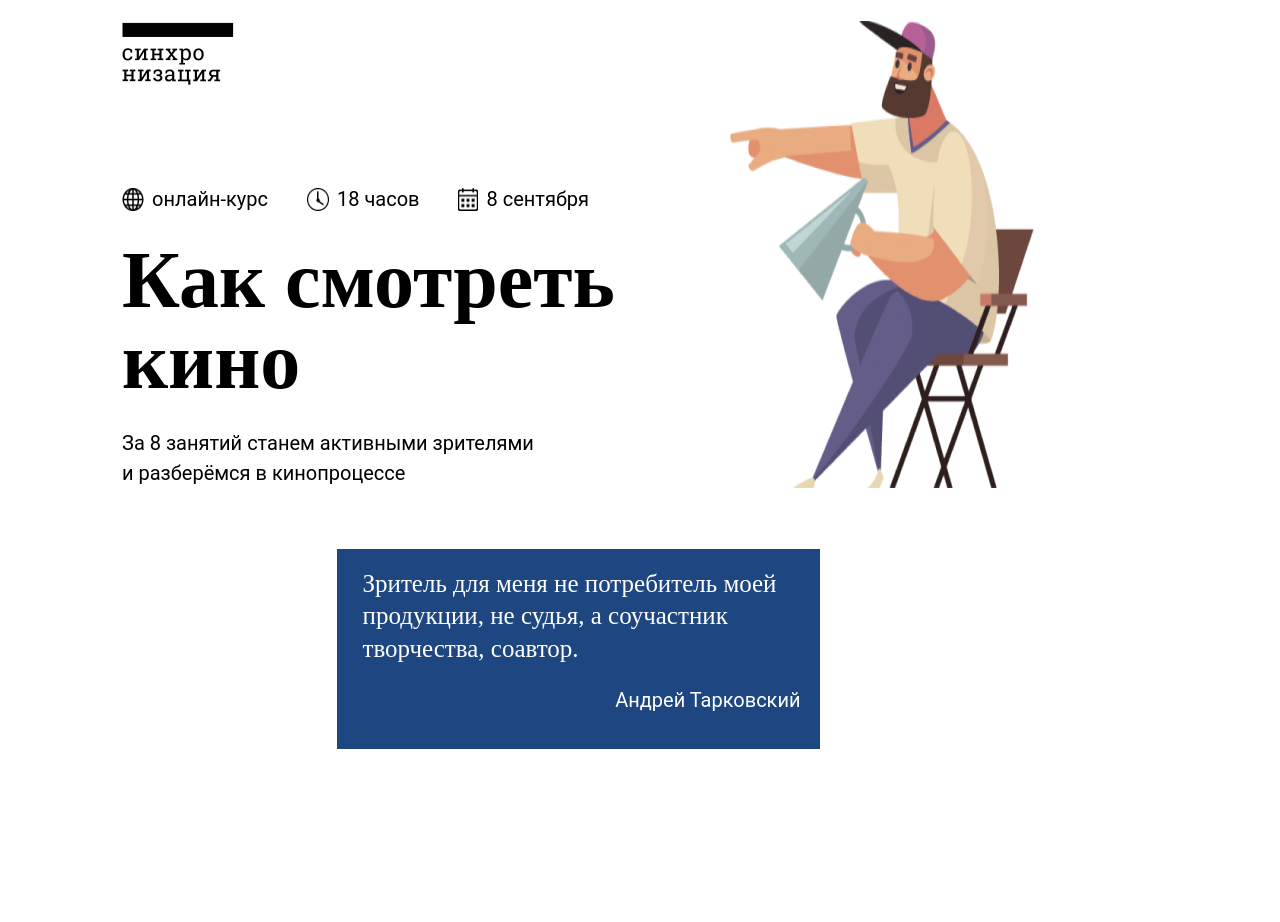
Repository: PoladEziz/Task-8
Page: index.html
The author's editor kept a copy of each file at every save. The page is drawn from the files as they stood at one save, then again after a run of saves.
The browser window is 1280 px wide. The pictures show the whole page.

Above is the page before, as saved 2023-05-25 16:21:16.

### index.html
<!DOCTYPE html>
<html lang="en">

<head>
    <meta charset="UTF-8">
    <meta http-equiv="X-UA-Compatible" content="IE=edge">
    <meta name="viewport" content="width=device-width, initial-scale=1.0">
    <title>Document</title>
    <link rel="stylesheet" href="index.css">
</head>

<body>
    <div class="main">
        <div class="top">
            <div class="box1">
            <img class="logo" src="logo_mobile_black 1.png" alt="Logo photo">
            <ul>
                <li><img src="globe.png" alt=""><p>онлайн-курс</p></li>
                <li><img src="img_135744.png" alt=""><p>18 часов </p></li>
                <li><img src="calendar_2.png" alt=""><p>8 сентября</p></li>
            </ul>
            <h1>Как смотреть кино</h1>
            <p class="text">За 8 занятий станем активными зрителями
                и разберёмся в кинопроцессе</p>
            </div>

            <img src="noroot 1.png" alt="Photo">

        </div>

        <div class="bot">
            <div class="box">
                <p>Зритель для меня
                    не потребитель моей продукции, не судья, а соучастник творчества, соавтор. </p>
                <h1>Андрей Тарковский</h1>
            </div>
        </div>
    </div>
</body>

</html>

### index.css
* {
  padding: 0;
  margin: 0;
  box-sizing: border-box;
}

.main {
  width: 100%;
  min-height: 100vh;
  padding: 21px 246px 173px 122px;
  display: flex;
  flex-direction: column;
}

.top {
  width: 100%;
  display: flex;
  justify-content: space-between;
}

.bot {
  width: 100%;
  display: flex;
  justify-content: center;
  margin-top: 61px;
}

.box {
  width: 483px;
  height: 200px;
  background-color: #1e4681;
  padding: 19px 19px 26px 26px;
}

.box p {
  font-family: "Roboto Slab";
  font-style: normal;
  font-weight: 400;
  font-size: 25px;
  line-height: 130%;
  color: white;
}

.box h1 {
  font-family: "Roboto";
  font-style: normal;
  font-weight: 400;
  font-size: 20px;
  line-height: 130%;
  text-align: right;
  margin-top: 22px;
  color: white;
}

.box1 ul li {
  list-style-type: none;
  font-family: "Roboto";
  font-style: normal;
  font-weight: 400;
  font-size: 20px;
  line-height: 115%;
  display: flex;
  margin-right: 39px;
}

.logo {
  margin-bottom: 97px;
  width: 112px;
  height: 66px;
}

.box1 ul {
  display: flex;
  align-items: center;
}

.box1 ul li p {
  margin-left: 8px;
}

.top h1 {
  font-family: "Roboto Slab";
  font-style: normal;
  font-weight: 700;
  font-size: 80px;
  line-height: 101.38%;
  width: 567px;
  margin-top: 29px;
  margin-bottom: 26px;
}

.text {
  font-family: "Roboto";
  font-style: normal;
  font-weight: 400;
  font-size: 20px;
  line-height: 150%;
  width: 414px;
}

After the next 2 saves:
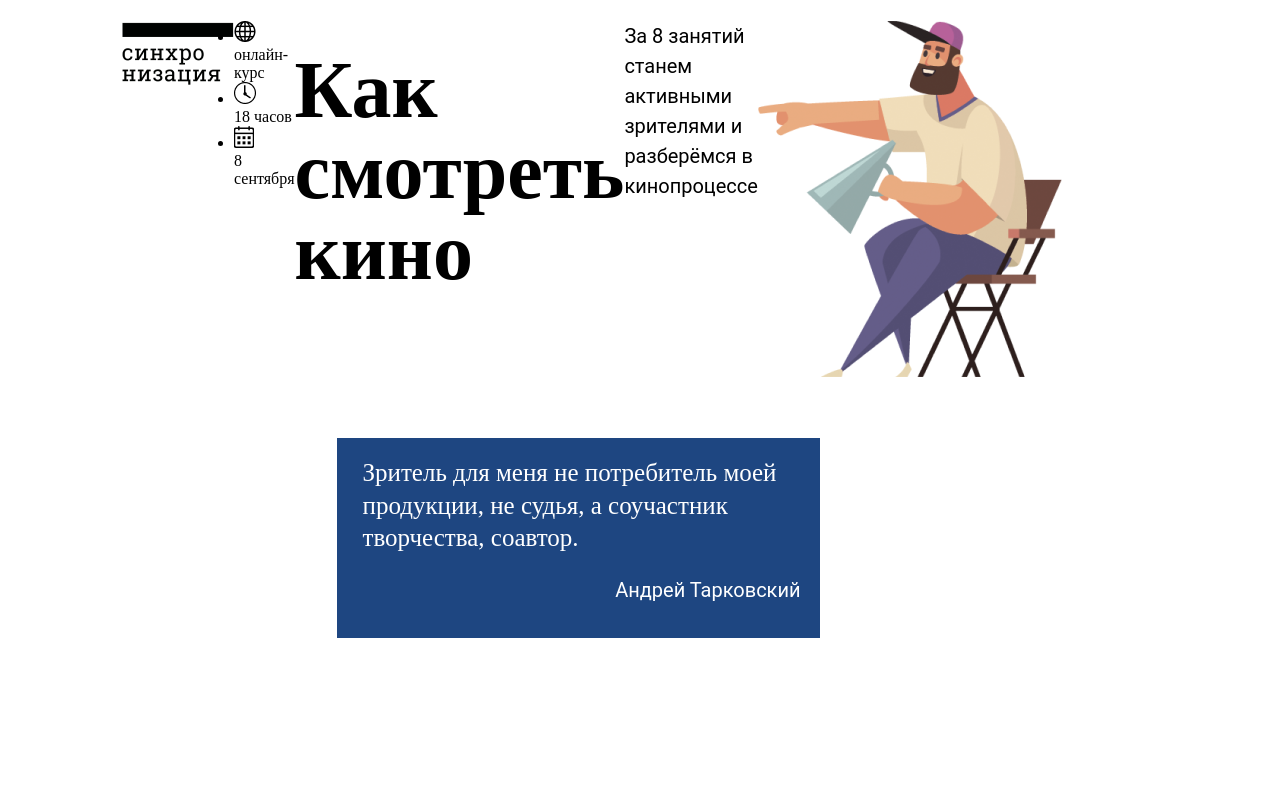
The 2 saves are shown as one change because they came seconds apart.
The last was saved 98 s later.
--- a/index.html
+++ b/index.html
@@ -12,7 +12,6 @@
 <body>
     <div class="main">
         <div class="top">
-            <div class="box1">
             <img class="logo" src="logo_mobile_black 1.png" alt="Logo photo">
             <ul>
                 <li><img src="globe.png" alt=""><p>онлайн-курс</p></li>
@@ -22,7 +21,6 @@
             <h1>Как смотреть кино</h1>
             <p class="text">За 8 занятий станем активными зрителями
                 и разберёмся в кинопроцессе</p>
-            </div>
 
             <img src="noroot 1.png" alt="Photo">
 
